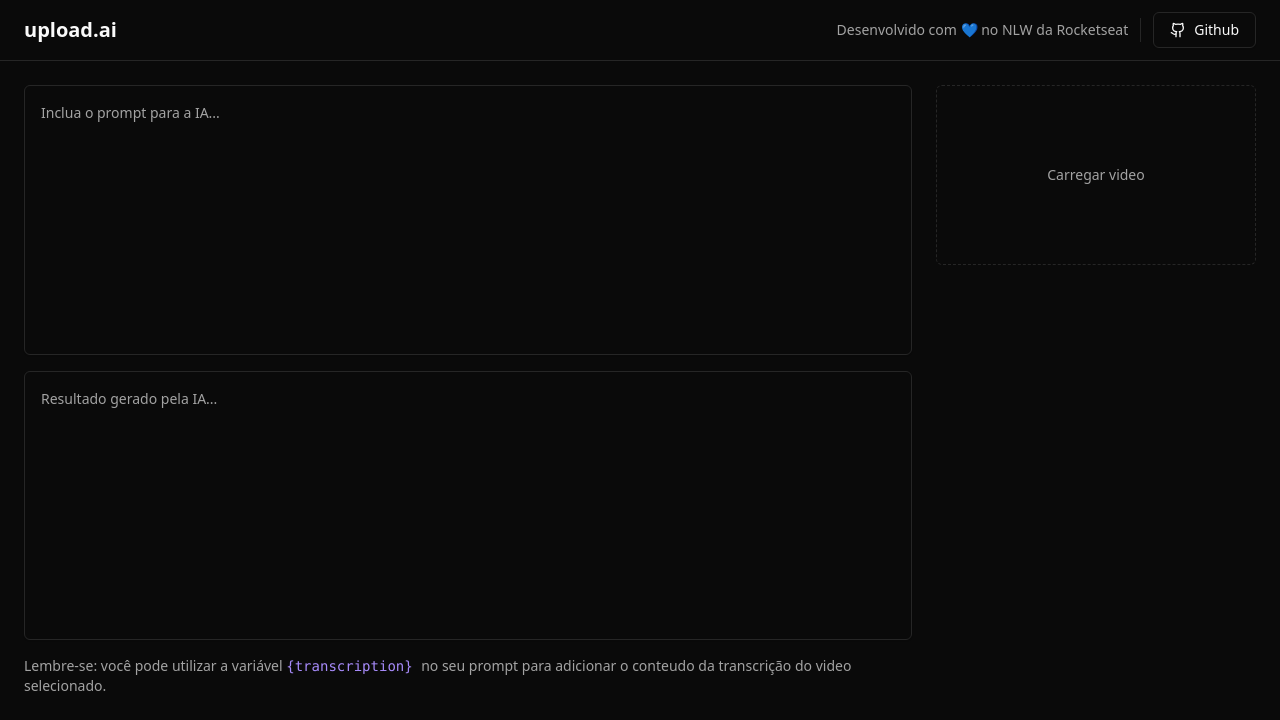
Repository: ricardolimati/upload-ai-web
Page: /
These files come from the project's save history. The page is drawn as it stood at one moment and after a run of saves; the edit follows.
The browser window is 1280 px wide. The pictures show the whole page.
The project was rebuilt for these pictures with package versions that can differ from the ones it lists, and the page was loaded fresh each time. Also part of the build but not shown: vite.config.ts.

Above is the page before, as saved 2023-09-11 23:46:48.

After the next 2 saves:
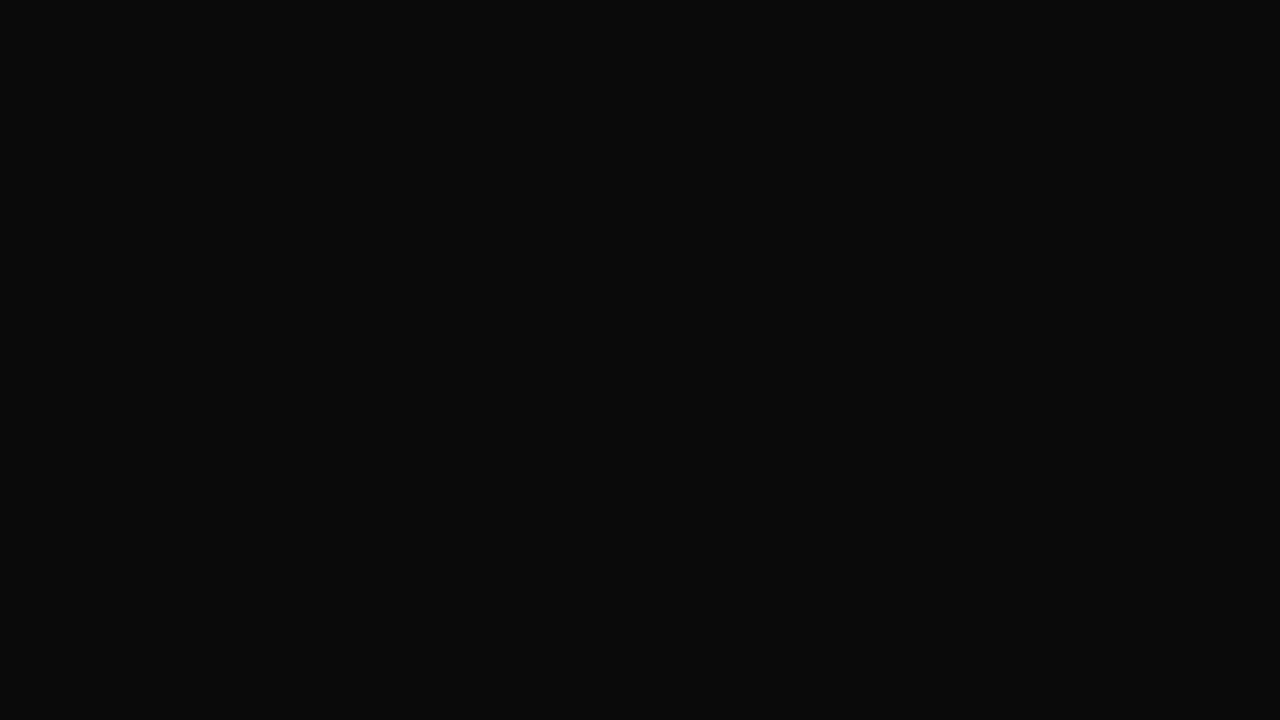
Console error: ReferenceError: FileVideo is not defined
The 2 saves are shown as one change because they came seconds apart.
The last was saved 53 s later.
--- a/src/App.tsx
+++ b/src/App.tsx
@@ -43,7 +43,7 @@ export function App() {
           htmlFor="video"
           className="border flex rounded-md aspect-video cursor-pointer border-dashed text-sm flex-col gap-2 items-center justify-center text-muted-foreground hover:bg-primary/5"
           >
-            Carregar video
+            <FileVideo />
           </label>
           <input type="file" id="video" accept="video/mp4" className="sr-only"/>
         </form>

After the 2 saves that followed:
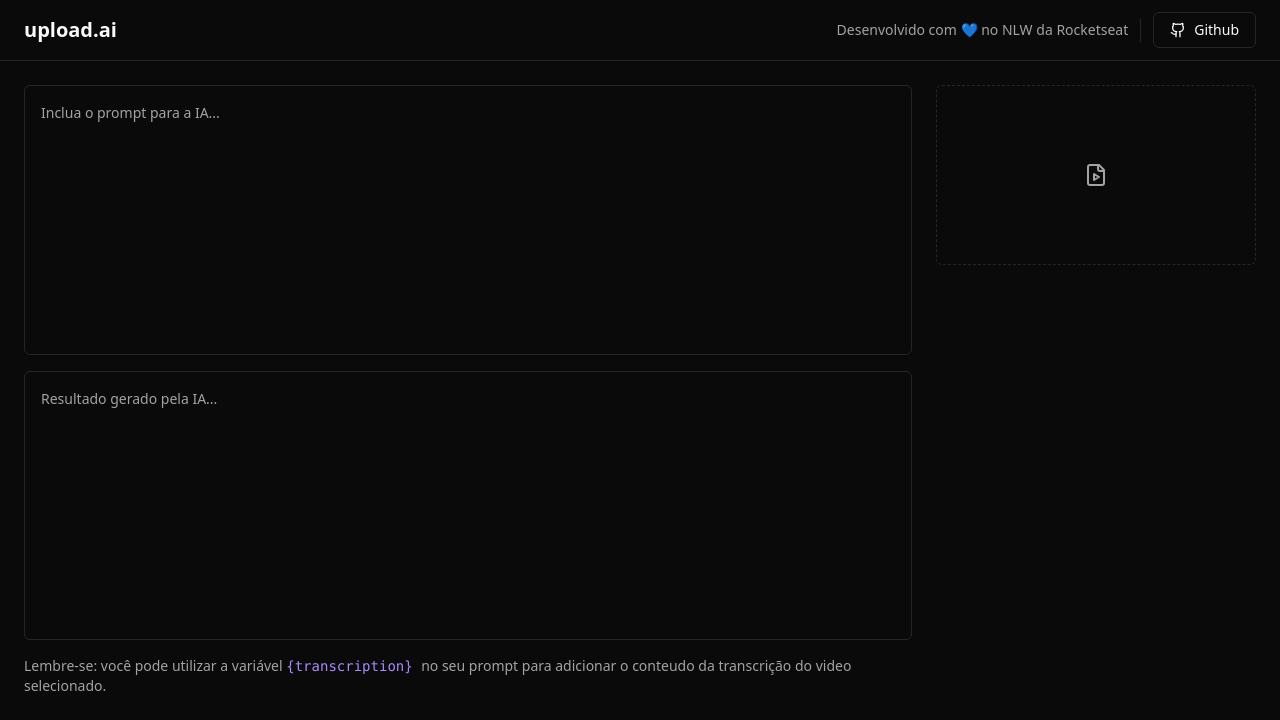
The error is gone.
The 2 saves are shown as one change because 1 left the picture as it was.
The last was saved 34 s later.
--- a/src/App.tsx
+++ b/src/App.tsx
@@ -1,4 +1,4 @@
-import {Github} from 'lucide-react'
+import {Github, FileVideo} from 'lucide-react'
 import { Button } from "./components/ui/button";
 import { Separator } from './components/ui/separator';
 import { Textarea } from './components/ui/textarea';
